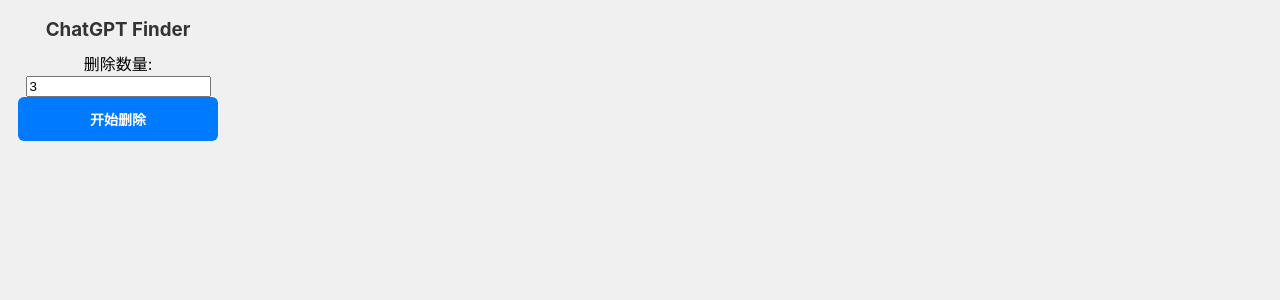
Repository: miloyiyangsun/Batch-Deleter-for-ChatGPT-History
Page: popup.html
The author's editor kept a copy of each file at every save. The page is drawn from the files as they stood at one save, then again after the next save.
The browser window is 1280 px wide. The pictures show the whole page.

Above is the page before, as saved 2025-07-03 20:51:44.

### popup.html
<!DOCTYPE html>
<html lang="en">
<head>
    <meta charset="UTF-8">
    <title>ChatGPT Finder</title>
    <link rel="stylesheet" href="popup.css">
</head>
<body>
    <h3>ChatGPT Finder</h3>
    <div class="input-group">
        <label for="deleteCount">删除数量:</label>
        <input type="number" id="deleteCount" value="3" min="1">
    </div>
    <button id="searchButton">
        开始删除
    </button>
    <script src="popup.js"></script>
</body>
</html>

### popup.css
body {
    width: 200px;
    padding: 10px;
    font-family: -apple-system, BlinkMacSystemFont, "Segoe UI", Roboto, Helvetica, Arial, sans-serif;
    text-align: center;
    background-color: #f0f0f0;
}

h3 {
    margin-top: 0;
    margin-bottom: 10px;
    color: #333;
}

button {
    width: 100%;
    padding: 12px;
    border: none;
    border-radius: 6px;
    background-color: #007bff;
    color: white;
    font-size: 14px;
    font-weight: bold;
    cursor: pointer;
    transition: background-color 0.2s;
}

button:hover {
    background-color: #0056b3;
}

### popup.js
// 这个脚本在弹出窗口的上下文中运行。

document.getElementById('searchButton').addEventListener('click', async () => {
    // 获取用户当前正在查看的活动标签页。
    const [tab] = await chrome.tabs.query({ active: true, currentWindow: true });

    // 以编程方式将 content.js 脚本注入到活动标签页中。
    // 这需要 manifest.json 文件中的 "scripting" 权限。
    // manifest.json 中的 "host_permissions" 确保这只在 chatgpt.com 上有效。
    // 如果在其他网站上尝试，控制台会显示错误，这是正常现象。
    chrome.scripting.executeScript({
        target: { tabId: tab.id },
        files: ['content.js']
    });

    // 可选项：点击按钮后关闭弹出窗口。
    window.close();
});

After the next save:
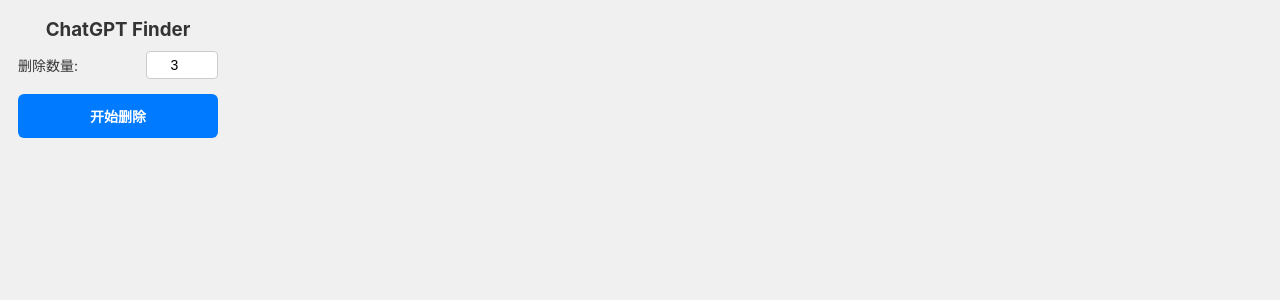
Saved 22 s later.
--- a/popup.css
+++ b/popup.css
@@ -10,6 +10,27 @@
     margin-top: 0;
     margin-bottom: 10px;
     color: #333;
+}
+
+.input-group {
+    display: flex;
+    align-items: center;
+    justify-content: space-between;
+    margin-bottom: 15px;
+}
+
+.input-group label {
+    font-size: 14px;
+    color: #333;
+}
+
+.input-group input {
+    width: 60px;
+    padding: 5px;
+    border: 1px solid #ccc;
+    border-radius: 4px;
+    text-align: center;
+    font-size: 14px;
 }
 
 button {
